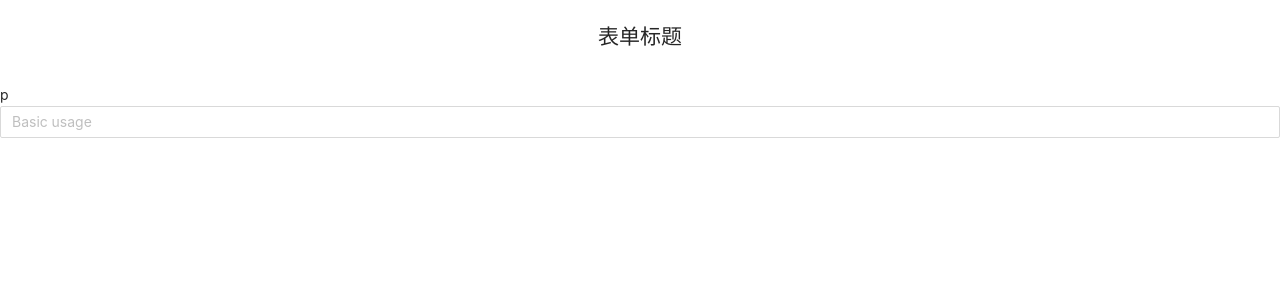
Repository: yangdi1993/form
Page: /
These files come from the project's save history. The page is drawn as it stood at one moment and after the next save; the edit follows.
The browser window is 1280 px wide. The pictures show the whole page.
The project was rebuilt for these pictures with package versions that can differ from the ones it lists, and the page was loaded fresh each time.

Above is the page before, as saved 2020-04-01 12:18:54.

After the next save:
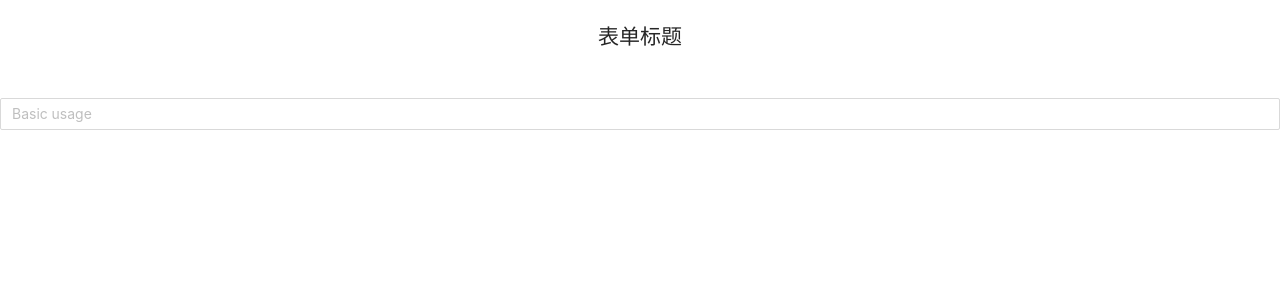
Saved 4 s later.
--- a/src/App.js
+++ b/src/App.js
@@ -7,7 +7,7 @@ const App = () => (
       <h2>表单标题</h2>
     </div>
     <div className="question-list">
-      p
+      <p></p>
       <Input placeholder="Basic usage" />
     </div>
     <div className="form-submit">
